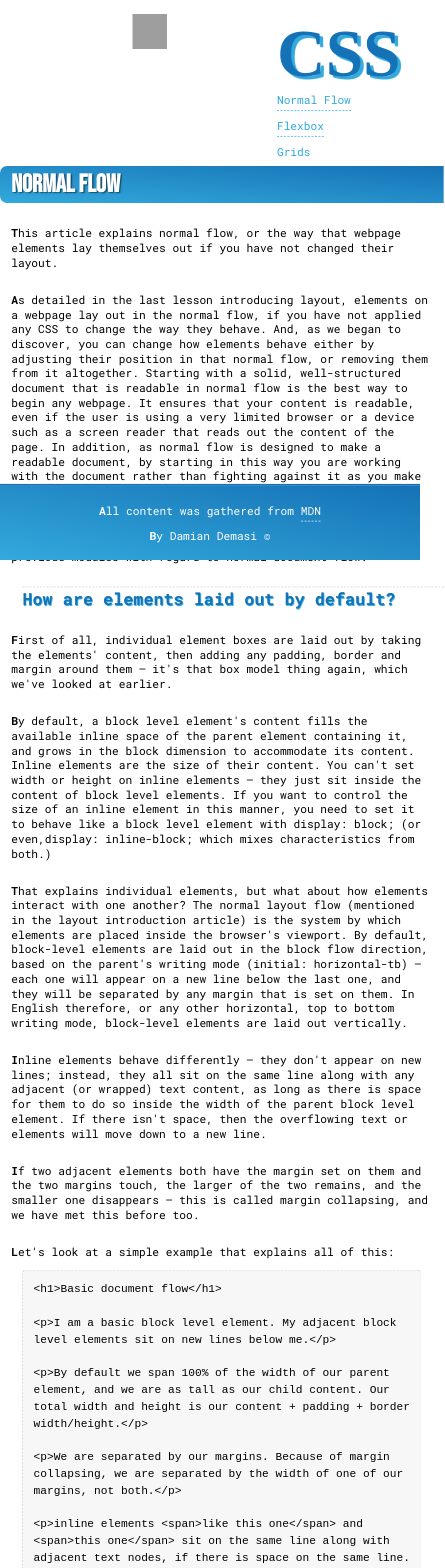
Repository: Colo-Codes/freecodecamp-04-Technical-Documentation-Page
Page: index.html
These files come from the project's save history. The page is drawn as it stood at one moment and after the next save; the edit follows.
The browser window is 600 px wide. The page is 635 px wide, so the pictures cover 635 px, including what lies to the right of the window. The pictures show the part of the page from y = 0 to 2240 px (the page is 8189 px tall), at 70% of full size.
Pictures or frames that could not be fetched are drawn as grey boxes. Some web fonts or font styles are not loaded; a fallback is used.

Above is the page before, as saved 2021-05-22 09:16:09.

### index.html
<!DOCTYPE html>
<html lang="en">

<head>
    <meta charset="UTF-8">
    <meta http-equiv="X-UA-Compatible" content="IE=edge">
    <meta name="viewport" content="width=device-width, initial-scale=1.0">
    <link rel="stylesheet" href="./resources/css/index.css" type="text/css">
    <link rel="preconnect" href="https://fonts.gstatic.com">
    <link
        href="https://fonts.googleapis.com/css2?family=Bebas+Neue&family=Pattaya&family=Roboto+Mono:wght@100;400;700&display=swap"
        rel="stylesheet">

    <title>CSS Technical Documentation</title>
</head>

<body>
    <div id="flex-container">
        <header id="navbar-block">
            <img id="navbar-image" src="./resources/img/file_type_css_icon_130661.png" alt="CSS3 logo in blue">
            <nav id="navbar">
                <!-- On the left of screen, fixed (visible) -->
                <header>
                    <h1>CSS</h1>
                </header>
                <ul>
                    <li><a href="#Normal_Flow" class="nav-link">Normal Flow</a></li>
                    <li><a href="#Flexbox" class="nav-link">Flexbox</a></li>
                    <li><a href="#Grids" class="nav-link">Grids</a></li>
                    <li><a href="#Floats" class="nav-link">Floats</a></li>
                    <li><a href="#Positioning" class="nav-link">Positioning</a></li>
                </ul>
            </nav>
        </header>
        <main id="main-doc">
            <section class="main-section" id="Normal_Flow">
                <header class="section-header">
                    <h2>Normal Flow</h2>
                </header>
                <p>This article explains normal flow, or the way that webpage elements lay themselves out if you have
                    not
                    changed their
                    layout.</p>
                <p>As detailed in the last lesson introducing layout, elements on a webpage lay out in the normal flow,
                    if
                    you have not
                    applied any CSS to change the way they behave. And, as we began to discover, you can change how
                    elements
                    behave
                    either by adjusting their position in that normal flow, or removing them from it altogether.
                    Starting
                    with a solid,
                    well-structured document that is readable in normal flow is the best way to begin any webpage. It
                    ensures that your
                    content is readable, even if the user is using a very limited browser or a device such as a screen
                    reader that reads
                    out the content of the page. In addition, as normal flow is designed to make a readable document, by
                    starting in
                    this way you are working with the document rather than fighting against it as you make changes to
                    the
                    layout.</p>
                <p>Before digging deeper into different layout methods, it is worth revisiting some of the things you
                    will
                    have studied
                    in previous modules with regard to normal document flow.</p>
                <h3>How are elements laid out by default?</h3>
                <p>First of all, individual element boxes are laid out by taking the elements' content, then adding any
                    padding, border
                    and margin around them — it's that box model thing again, which we've looked at earlier.
                </p>
                <p>By default, a block level element's content fills the available inline space of the parent element
                    containing it,
                    and grows in the block dimension to accommodate its content. Inline elements are the size of their
                    content. You
                    can't set width or height on inline elements — they just sit inside the content of block level
                    elements.
                    If you want
                    to control the size of an inline element in this manner, you need to set it to behave like a block
                    level
                    element
                    with display: block; (or even,display: inline-block; which mixes characteristics from both.)
                </p>
                <p>That explains individual elements, but what about how elements interact with one another? The normal
                    layout flow
                    (mentioned in the layout introduction article) is the system by which elements are placed inside the
                    browser's
                    viewport. By default, block-level elements are laid out in the block flow direction, based on the
                    parent's writing
                    mode (initial: horizontal-tb) — each one will appear on a new line below the last one, and they will
                    be
                    separated by
                    any margin that is set on them. In English therefore, or any other horizontal, top to bottom writing
                    mode,
                    block-level elements are laid out vertically.
                </p>
                <p>Inline elements behave differently — they don't appear on new lines; instead, they all sit on the
                    same
                    line along
                    with any adjacent (or wrapped) text content, as long as there is space for them to do so inside the
                    width of the
                    parent block level element. If there isn't space, then the overflowing text or elements will move
                    down
                    to a new
                    line.
                </p>
                <p>If two adjacent elements both have the margin set on them and the two margins touch, the larger of
                    the
                    two remains,
                    and the smaller one disappears — this is called margin collapsing, and we have met this before too.
                </p>
                <p>Let's look at a simple example that explains all of this:</p>
                <code>&lt;h1&gt;Basic document flow&lt;/h1&gt;

&lt;p&gt;I am a basic block level element. My adjacent block level elements sit on new lines below me.&lt;/p&gt;

&lt;p&gt;By default we span 100% of the width of our parent element, and we are as tall as our child content. Our total width and height is our content + padding + border width/height.&lt;/p&gt;

&lt;p&gt;We are separated by our margins. Because of margin collapsing, we are separated by the width of one of our margins, not both.&lt;/p&gt;

&lt;p&gt;inline elements &lt;span&gt;like this one&lt;/span&gt; and &lt;span&gt;this one&lt;/span&gt; sit on the same line along with adjacent text nodes, if there is space on the same line. Overflowing inline elements will &lt;span&gt;wrap onto a new line if possible (like this one containing text)&lt;/span&gt;, or just go on to a new line if not, much like this image will do: &lt;img src="https://mdn.mozillademos.org/files/13360/long.jpg"&gt;&lt;/p&gt;</code>
                <code>body {
    width: 500px;
    margin: 0 auto;
}

p {
    background: rgba(255,84,104,0.3);
    border: 2px solid rgb(255,84,104);
    padding: 10px;
    margin: 10px;
}

span {
    background: white;
    border: 1px solid black;
}</code>


            </section>

            <section class="main-section" id="Flexbox">
                <header class="section-header">
                    <h2>Flexbox</h2>
                </header>
                <p>Flexbox is a one-dimensional layout method for laying out items in rows or columns. Items flex to
                    fill
                    additional space and shrink to fit into smaller spaces. This article explains all the fundamentals.
                </p>
                <h3>Why Flexbox?</h3>
                <p>For a long time, the only reliable cross browser-compatible tools available for creating CSS layouts
                    were
                    things like floats and positioning. These are fine, and they work, but in some ways they are also
                    rather
                    limiting and frustrating.</p>
                <p>The following simple layout requirements are either difficult or impossible to achieve with such
                    tools,
                    in any kind of convenient, flexible way:</p>
                <ul>
                    <li>Vertically centering a block of content inside its parent.</li>
                    <li>Making all the children of a container take up an equal amount of the available width/height,
                        regardless of how much width/height is available.</li>
                    <li>Making all columns in a multiple-column layout adopt the same height even if they contain a
                        different amount of content.</li>
                </ul>
                <p>As you'll see in subsequent sections, flexbox makes a lot of layout tasks much easier. Let's dig in!
                </p>
                <h3>Specifying what elements to lay out as flexible boxes</h3>
                <code>section {
    display: flex;
}</code>


            </section>

            <section class="main-section" id="Grids">
                <header class="section-header">
                    <h2>Grids</h2>
                </header>
                <p>CSS Grid Layout is a two-dimensional layout system for the web. It lets you lay content out in rows
                    and
                    columns, and has many features that make building complex layouts straightforward. This article will
                    give you all you need to know to get started with page layout.</p>
                <h3>What is grid layout?</h3>
                <p>A grid is a collection of horizontal and vertical lines creating a pattern against which we can line
                    up
                    our design elements. They help us to create designs where elements don’t jump around or change width
                    as
                    we move from page to page, providing greater consistency on our websites.</p>
                <p>A grid will typically have columns, rows, and then gaps between each row and column — commonly
                    referred
                    to as gutters.</p>
                <h3>Defining a grid</h3>
                <p>As a starting point, download and open the starting point file in your text editor and browser (you
                    can
                    also see it live here). You will see an example with a container, which has some child items. By
                    default
                    these display in normal flow so the boxes display one below the other. We will be working with this
                    file
                    for the first part of this lesson, making changes to see how grid behaves.</p>
                <p>To define a grid we use the grid value of the display property. As with Flexbox, this switches on
                    Grid
                    Layout, and all of the direct children of the container become grid items. Add this to the CSS
                    inside
                    your file:</p>
                <code>.container {
    display: grid;
}</code>
                <p>Unlike flexbox, the items will not immediately look any different. Declaring display: grid gives you
                    a
                    one column grid, so your items will continue to display one below the other as they do in normal
                    flow.
                </p>
                <p>We can place things according to these lines by specifying the start and end line. We do this using
                    the
                    following properties:</p>
                <ul>
                    <li>grid-column-start</li>
                    <li>grid-column-end</li>
                    <li>grid-row-start</li>
                    <li>grid-row-end</li>
                </ul>

            </section>

            <section class="main-section" id="Floats">
                <header class="section-header">
                    <h2>Floats</h2>
                </header>
                <p>Originally for floating images inside blocks of text, the float property became one of the most
                    commonly
                    used tools for creating multiple column layouts on webpages. With the advent of flexbox and grid it
                    has
                    now returned to its original purpose, as this article explains.</p>
                <h3>The background of floats</h3>
                <p>The float property was introduced to allow web developers to implement simple layouts involving an
                    image
                    floating inside a column of text, with the text wrapping around the left or right of it. The kind of
                    thing you might get in a newspaper layout.</p>
                <p>But web developers quickly realized that you can float anything, not just images, so the use of float
                    broadened, for example to fun layout effects such as drop-caps.</p>
                <p>Floats have commonly been used to create entire web site layouts featuring multiple columns of
                    information floated so they sit alongside one another (the default behavior would be for the columns
                    to
                    sit below one another, in the same order as they appear in the source). There are newer, better
                    layout
                    techniques available and so use of floats in this way should be regarded as a legacy technique.</p>
                <h3>A simple float example</h3>
                <p>Let's explore how to use floats. We'll start with a really simple example involving floating a block
                    of
                    text around an element. You can follow along by creating a new index.html file on your computer,
                    filling
                    it with a simple HTML template, and inserting the below code into it at the appropriate places. At
                    the
                    bottom of the section, you can see a live example of what the final code should look like.</p>
                <p>First, we'll start off with some simple HTML — add the following to your HTML body, removing anything
                    that was inside there before:</p>
                <code>&lt;h1&gt;Simple float example&lt;/h1&gt;

&lt;div class="box"&gt;Float&lt;/div&gt;

&lt;p&gt;Lorem ipsum dolor sit amet, consectetur adipiscing elit. Nulla luctus aliquam dolor, eu lacinia lorem placerat vulputate. Duis felis orci, pulvinar id metus ut, rutrum luctus orci. Cras porttitor imperdiet nunc, at ultricies tellus laoreet sit amet. &lt;/p&gt;

&lt;p&gt;Sed auctor cursus massa at porta. Integer ligula ipsum, tristique sit amet orci vel, viverra egestas ligula. Curabitur vehicula tellus neque, ac ornare ex malesuada et. In vitae convallis lacus. Aliquam erat volutpat. Suspendisse ac imperdiet turpis. Aenean finibus sollicitudin eros pharetra congue. Duis ornare egestas augue ut luctus. Proin blandit quam nec lacus varius commodo et a urna. Ut id ornare felis, eget fermentum sapien.&lt;/p&gt;

&lt;p&gt;Nam vulputate diam nec tempor bibendum. Donec luctus augue eget malesuada ultrices. Phasellus turpis est, posuere sit amet dapibus ut, facilisis sed est. Nam id risus quis ante semper consectetur eget aliquam lorem. Vivamus tristique elit dolor, sed pretium metus suscipit vel. Mauris ultricies lectus sed lobortis finibus. Vivamus eu urna eget velit cursus viverra quis vestibulum sem. Aliquam tincidunt eget purus in interdum. Cum sociis natoque penatibus et magnis dis parturient montes, nascetur ridiculus mus.&lt;/p&gt;</code>
                <p>Now apply the following CSS to your HTML (using a &lt;style&gt; element or a
                    <link> to a separate .css file — your choice):
                </p>
                <code>body {
    width: 90%;
    max-width: 900px;
    margin: 0 auto;
    font: .9em/1.2 Arial, Helvetica, sans-serif
}

.box {
    width: 150px;
    height: 100px;
    border-radius: 5px;
    background-color: rgb(207,232,220);
    padding: 1em;
}</code>

            </section>

            <section class="main-section" id="Positioning">
                <header class="section-header">
                    <h2>Positioning</h2>
                </header>
                <p>Positioning allows you to take elements out of the normal document layout flow, and make them behave
                    differently; for example sitting on top of one another, or always remaining in the same place inside
                    the
                    browser viewport. This article explains the different position values, and how to use them.</p>
                <ul>
                    <li>Default value: static</li>
                    <li>Inherited: no</li>
                    <li>Animatable: no. Read about animatable</li>
                    <li>Version: CSS2</li>
                    <li>JavaScript syntax: object.style.position="absolute"</li>
                </ul>
                <h3>Introducing positioning</h3>
                <p>The whole idea of positioning is to allow us to override the basic document flow behavior described
                    above, to produce interesting effects. What if you want to slightly alter the position of some boxes
                    inside a layout from their default layout flow position, to give a slightly quirky, distressed feel?
                    Positioning is your tool. Or if you want to create a UI element that floats over the top of other
                    parts
                    of the page, and/or always sits in the same place inside the browser window no matter how much the
                    page
                    is scrolled? Positioning makes such layout work possible.</p>
                <h3>Static positioning</h3>
                <p>Static positioning is the default that every element gets — it just means "put the element into its
                    normal position in the document layout flow — nothing special to see here."</p>
                    <p></p>
            </section>
        </main>
    </div>
    <footer>
        <p>All content was gathered from <a href="https://developer.mozilla.org/en-US/docs/Learn/CSS/CSS_layout"
                target="_blank">MDN</a></p>
        <p>By Damian Demasi &copy;</p>
    </footer>
</body>

</html>

### resources/css/index.css
/* Reset */
html {
    box-sizing: border-box;
    font-size: 16px;
    font-family: 'Roboto Mono', Arial, Helvetica, sans-serif;
}

*, *:before, *:after {
    box-sizing: inherit;
    margin: 0;
    padding: 0;
}

/* Main flexbox */

@media screen and (min-width: 700px) {
    #flex-container {
        position: relative;
        display: flex;
        justify-content: center;
        align-items: baseline;
        /* flex-flow: wrap; FIXME */
        /* overflow: scroll; FIXME */

    }
    #navbar-image {
        width: 150px;
    }
}

@media screen and (max-width: 699px) {
    #flex-container {
        /* position: relative; */
        display: flex;
        flex-direction: column;
        /* flex-flow: wrap; */
        /* overflow: scroll; FIXME */
    }
    #navbar-image {
        width: 50px;
        height: 50px;
    }
    ul {
        height: 6rem;
        overflow: scroll;
    }
    #navbar-block {
        display: flex;
        width: 90%;
    }
}

#main-doc {
    align-self: flex-start;
    max-width: 1000px;
    /* Not doing anything: */
    /* flex-shrink: 1; */
    /* background-color: teal; FIXME */
}

/* Navbar */
#navbar-block {
    position: sticky;
    top: 20px;
    margin: 0 2rem;
    /* outline: 1px solid red; */
    /* flex: 1; */
}
#navbar-image {
    margin: 0 auto;
}
#navbar ul li {
    list-style-type: none;
    margin-bottom: 1rem;
}
.nav-link:link, .nav-link:visited  {
    text-decoration: none;
    border-bottom: 1px dashed #33A9DC;
    padding-bottom: 5px;
    color: #33A9DC;
}
.nav-link:focus, .nav-link:hover  {
    border-bottom: 2px solid #1572B6;
    padding-bottom: 5px;
    color: #1572B6;
}
.nav-link:active  {
    border-bottom: 2px solid #1572B6;
    padding-bottom: 5px;
    color: #1572B6;
}
#navbar h1 {
    font-family: 'Pattaya', 'Times New Roman', Times, serif;
    font-size: 6rem;
    color: #1572B6;
    text-shadow: #33A9DC 5px 5px 1px;
}
/* Main content */

.section-header {
    position: sticky;
    top: 0px;
    color: white;
    text-shadow: 2px 2px 2px rgba(0, 0, 0, .5);
    padding: 5px 0 5px 1rem;
    background: #33A9DC;  /* fallback for old browsers */
    background: -webkit-linear-gradient(to bottom left, #1572B6, #33A9DC);  /* Chrome 10-25, Safari 5.1-6 */
    background: linear-gradient(to bottom left, #1572B6, #33A9DC); /* W3C, IE 10+/ Edge, Firefox 16+, Chrome 26+, Opera 12+, Safari 7+ */
    font-family: 'Bebas Neue', sans-serif;
    text-transform: uppercase;
    font-size: 1.5rem;
    border-radius: 10px 0 0 10px;
    margin: 30px 0 0 0;
}

p {
    margin: 2rem 1rem 0 1rem;

}

p::first-letter {
    font-weight: bold;
}

h3 {
    margin: 2rem 0 0 2rem;
    font-size: 1.5rem;
    border-top: 1px dashed rgba(0, 0, 0, .2);
    color: #1572B6;
    text-shadow: #33A9DC 1px 1px 1px;

}

/* Code content */
code {
    display: block;
  text-align: left;
  white-space: pre-wrap;
  word-break: normal;
  word-wrap: normal;
  line-height: 1.5;
  background-color: #f7f7f7;
  padding: 15px;
  margin: 1rem 2rem 1rem 2rem;
  border-radius: 5px;
  border: 1px dashed rgba(0, 0, 0, .2)
}

/* Unordered lists */
.main-section ul {
    margin: 1rem 0 2rem 4rem;
    list-style-image: url(../img/chevron_right_round-48_46769.png);
}

/* Footer */
footer {
    position: sticky;
    bottom: 0;
    background: #33A9DC;  /* fallback for old browsers */
    background: -webkit-linear-gradient(to bottom left, #1572B6, #33A9DC);  /* Chrome 10-25, Safari 5.1-6 */
    background: linear-gradient(to bottom left, #1572B6, #33A9DC); /* W3C, IE 10+/ Edge, Firefox 16+, Chrome 26+, Opera 12+, Safari 7+ */
    color: white;
    text-align: center;
    padding: .5rem 0;
    border-top: #1572B6 3px solid;
}
footer a:link, footer a:visited  {
    text-decoration: none;
    border-bottom: 1px dashed #f7f7f7;
    padding-bottom: 5px;
    color: #f7f7f7;
}
footer a:focus, footer a:hover  {
    border-bottom: 2px solid #d8d8d8;
    padding-bottom: 5px;
    color: #d8d8d8;
}
footer a:active  {
    border-bottom: 2px solid #d8d8d8;
    padding-bottom: 5px;
    color: #d8d8d8;
}
footer p {
    margin: 1rem 0;
}

After the next save:
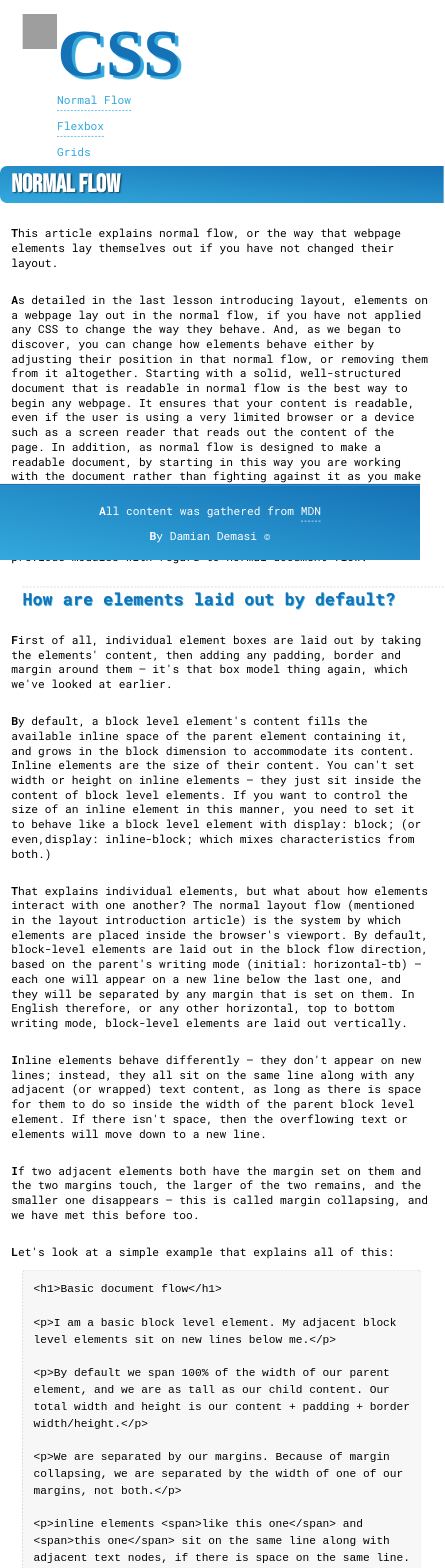
Saved 41 s later.
--- a/resources/css/index.css
+++ b/resources/css/index.css
@@ -46,7 +46,9 @@ html {
     }
     #navbar-block {
         display: flex;
-        width: 90%;
+    }
+    #navbar {
+        flex: 8;
     }
 }
 
